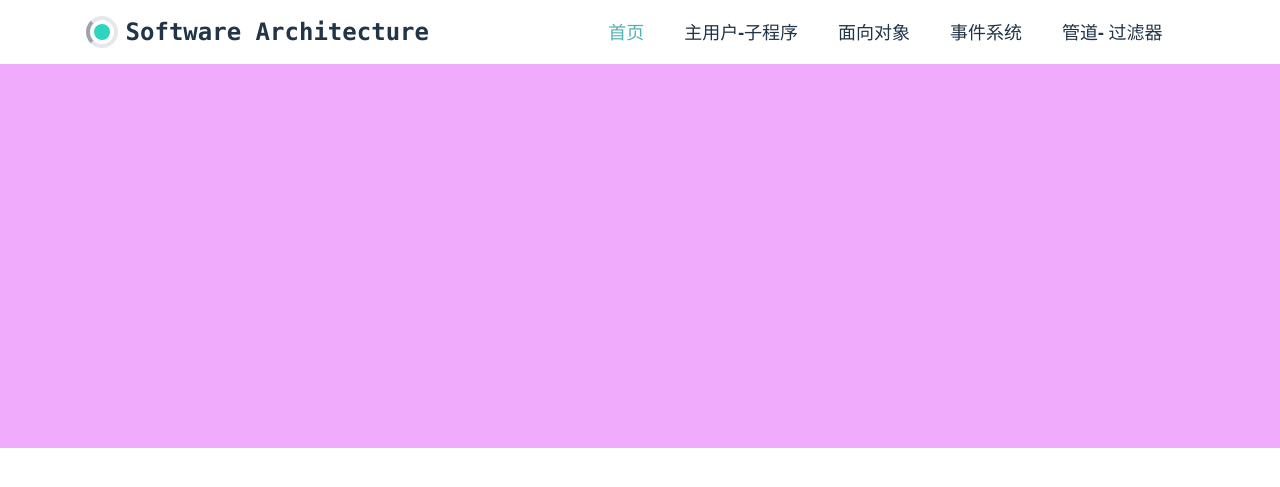
Repository: MarchRory/software_architecture_lab2
Page: / (app in lab2/)
The author's editor kept a copy of each file at every save. The page is drawn from the files as they stood at one save, then again after the next save.
The browser window is 1280 px wide. The pictures show the whole page.
The project was rebuilt for these pictures with package versions that can differ from the ones it lists, and the page was loaded fresh each time. Also part of the build but not shown: lab2/vite.config.ts. Imported but missing from the stored project, and not drawn on this page: lab2/src/views/OOP/index.vue, lab2/src/views/PipFilter/index.vue, lab2/src/views/eventsSys/index.vue, lab2/src/views/mainChild/index.vue.

Above is the page before, as saved 2023-11-16 13:26:36.

### lab2/index.html
<!doctype html>
<html lang="en">
  <head>
    <meta charset="UTF-8" />
    <link rel="icon" type="image/svg+xml" href="/vite.svg" />
    <meta name="viewport" content="width=device-width, initial-scale=1.0" />
    <title>经典软件体系结构</title>
  </head>
  <body>
    <div id="app"></div>
    <script type="module" src="/src/main.ts"></script>
  </body>
</html>

### lab2/src/main.ts
import { createApp } from 'vue'
import './style.css'
import './style/index.css'
import router from '@/router/index'
import App from './App.vue'
import "tailwindcss/tailwind.css"

createApp(App).use(router).mount('#app')

### lab2/src/style.css
:root {
  font-family: Inter, system-ui, Avenir, Helvetica, Arial, sans-serif;
  line-height: 1.5;
  font-weight: 400;

  color-scheme: light dark;
  color: rgba(255, 255, 255, 0.87);
  background-color: #242424;

  font-synthesis: none;
  text-rendering: optimizeLegibility;
  -webkit-font-smoothing: antialiased;
  -moz-osx-font-smoothing: grayscale;
  -webkit-text-size-adjust: 100%;
}

a {
  font-weight: 500;
  color: #646cff;
  text-decoration: inherit;
}
a:hover {
  color: #535bf2;
}

body {
  margin: 0;
  display: flex;
  place-items: center;
  min-width: 320px;
  min-height: 100vh;
}

@media (prefers-color-scheme: light) {
  :root {
    color: #213547;
    background-color: #ffffff;
  }
  a:hover {
    color: #747bff;
  }
  button {
    background-color: #f9f9f9;
  }
}

### lab2/src/router/index.ts
import { createRouter, createWebHashHistory, RouteRecordRaw } from "vue-router";
export const routes: Array<RouteRecordRaw> = [
    {
        path: '/',
        name: 'hello',
        meta: {
            tabName: '主页'
        },
        component: () => import('@/layout/index.vue'),
        redirect: '/home',
        children: [
            {
                path: '/home',
                name: 'home',
                component: () => import('@/views/hello/index.vue'),
                meta: {
                    title: '首页'
                }
            }, {
                path: '/mainChild',
                name: 'mainChild',
                component: () => import('@/views/mainChild/index.vue'),
                meta: {
                    title: '主用户-子程序'
                }
            }, {
                path: '/OOP',
                name: "OOP",
                component: () => import('@/views/OOP/index.vue'),
                meta: {
                    title: '面向对象'
                }
            }, {
                path: '/eventSys',
                name: "eventSys",
                component: () => import("@/views/eventsSys/index.vue"),
                meta: {
                    title: '事件系统'
                }
            }, {
                path: '/pipFilter',
                name: "pipFilter",
                component: () => import('@/views/PipFilter/index.vue'),
                meta: {
                    title: "管道- 过滤器"
                }
            }
        ]
    },
]

const router = createRouter({
    history: createWebHashHistory(),
    routes
})

export default router

### lab2/src/App.vue
<script setup lang="ts">
import { defineAsyncComponent } from 'vue';
import { useRouter } from 'vue-router'
const router = useRouter()
</script>

<template>
  <div id="app">
    <router-view></router-view>
  </div>
</template>

<style scoped>
#app{
  width: 100vw;
  height: 100vh;
}
</style>

### lab2/src/layout/index.vue
<script setup lang="ts">
	import { defineAsyncComponent } from 'vue';
	const Navbar = defineAsyncComponent(() => import('./navbar.vue'));
	const APPMain = defineAsyncComponent(() => import('./Main.vue'));
</script>

<template>
	<div class="flex flex-col w-full h-full">
		<Navbar />
		<APPMain />
	</div>
</template>

### lab2/src/views/hello/index.vue
<script setup lang="ts">
</script>

<template>
    <div>

    </div>
</template>

<style scoped>

</style>

### lab2/src/layout/navbar.vue
<script setup lang="ts">
	import { useRouter, useRoute, RouteRecordRaw } from 'vue-router';
	import { routes } from '@/router';
	import { ref } from 'vue';
	const router = useRouter();
	const route = useRoute();
	const Navlist = ref();
	function initNav() {
		Navlist.value = routes[0].children?.map((route: RouteRecordRaw) => {
			return {
				path: route.path,
				title: route?.meta.title,
			};
		});
	}
	initNav();
	function switchTab(path: string) {
		router.push({
			path: path,
		});
	}
</script>

<template>
	<div class="flex items-center justify-around w-full h-16">
		<ul class="flex items-center justify-start list-none">
			<li
				class="flex items-center justify-center w-8 h-8 border-4 rounded-full border-l-gray-400"
			>
				<div class="w-4 h-4 bg-teal-400 rounded-full"></div>
			</li>
			<li class="font-mono text-2xl navFont">Software Architecture</li>
		</ul>
		<ul class="flex min-w-fit">
			<li
				@click="switchTab(navItem.path)"
				class="mr-8 font-sans text-lg transition-all navFont hover:cursor-pointer"
				:class="[route.path == navItem.path ? 'active' : '']"
				v-for="(navItem, index) in Navlist"
				:key="index"
			>
				{{ navItem.title }}
			</li>
		</ul>
	</div>
</template>

<style scoped>
	.navFont {
		@apply ml-2 font-bold;
	}
	.active {
		color: rgb(80, 178, 178);
	}
	/* 	.active::before {
		display: block;
		content: '';
		position: absolute;
		width: 12px;
		height: 12px;
		border-radius: 50%;
		background-color: rgb(80, 178, 178);
		transform: translate(100%, 50%);
	} */
</style>

### lab2/src/layout/Main.vue
<script setup lang="ts"></script>

<template>
	<div class="w-full px-36 h-96 bg-fuchsia-300">
		<router-view></router-view>
	</div>
</template>

Loaded but not shown: lab2/src/style/index.css (common file); lab2/tailwind.config.js (common file)

After the next save:
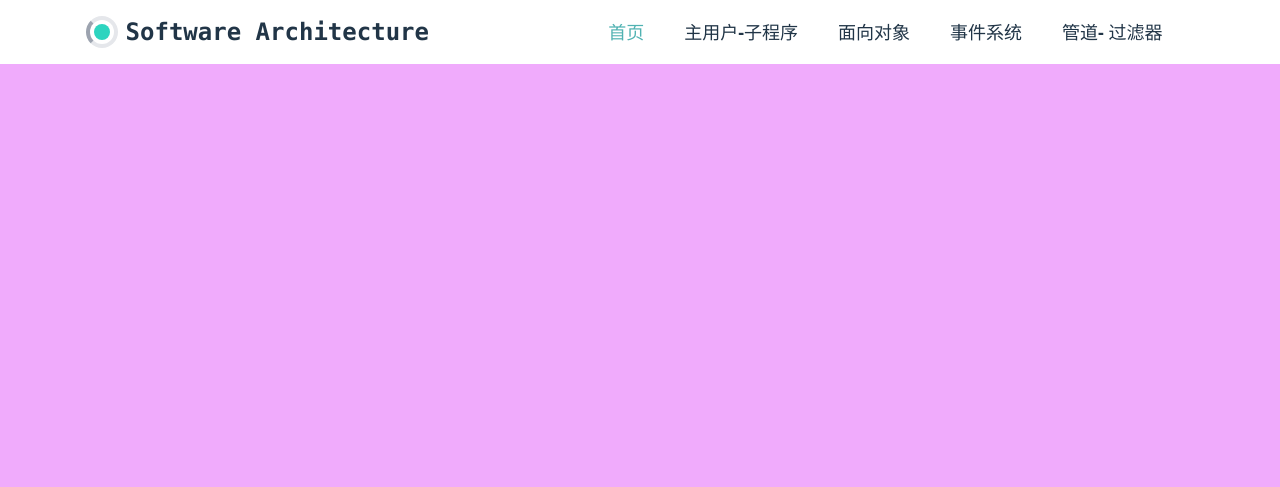
Saved 6 s later.
--- a/lab2/src/layout/index.vue
+++ b/lab2/src/layout/index.vue
@@ -7,6 +7,6 @@
 <template>
 	<div class="flex flex-col w-full h-full">
 		<Navbar />
-		<APPMain />
+		<APPMain class="flex-1" />
 	</div>
 </template>
